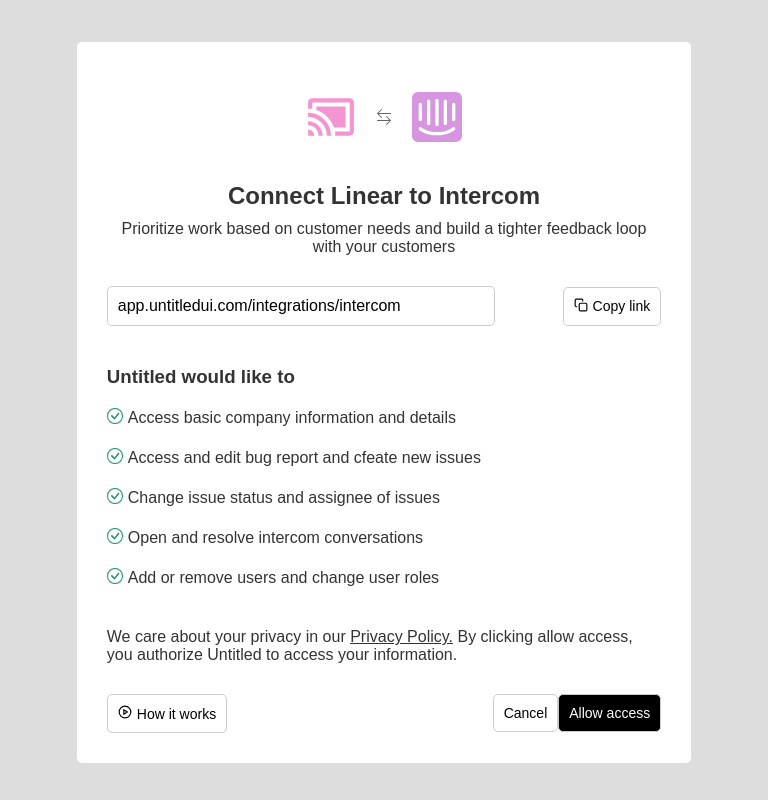
Repository: ble-syn/reactModal
Page: /, after clicking the first element matching `button.btn`
An editor plug-in stored every save of this project. The page is shown before and after the next save, followed by the edit.
The browser window is 768 px wide. The pictures show the whole page.
The project was rebuilt for these pictures with package versions that can differ from the ones it lists, and the page was loaded fresh each time.

Above is the page before, as saved 2022-11-10 21:47:09.

### src/index.css
*{
  margin: 0;
  padding: 0;
  box-sizing: border-box;
}
body{
  font-family: 'Poppins', sans-serif;
  background: #ddd;
}
span{
  margin-right: 5px;
}
a{
  color: #333;
}

.App {
  display: flex;
  flex-direction: column;
  justify-content: center;
  align-items: center;
  position: relative;
}
.btn{
  cursor: pointer;
  padding: 10px;
  background: none;
  border: 1px solid #ccc;
  font-size: 16px;
  border-radius: 5px;
  font-size: 14px;
}

.btn-div {
  width: 20%;
  margin: 25% auto 0;
  text-align: center;
}

.modal{
  position: absolute;
  top: 10%;
  background-color: #fff;
  border-radius: 5px;
  z-index: 1;
  color: #333;
  width: 46%;

}
.modal-content {
  padding: 20px 30px;
  font-size: 16px;
}
.center{
  text-align: center;
}
.content {
  padding: 10px 0;
}
.content p {
  margin: 20px 0;
  color: #333;
}
.icon-cont {
  display: flex;
  justify-content: center;
  align-items: center;

}
.icon{
  font-size: 50px;
  color: #f494d1;
  margin-bottom: 10px;
  margin: 20px;
}
.purple{
  color: #d695df;
}
.grey{
  color: #666;
}
.green{
  color: #178e6c;
}

.copy-cont{
  display: flex;
  justify-content: space-between;
  align-items: center;
  margin: 20px 0;
}
.link-copy{
 width: 70%;
 padding: 10px;
 border-radius: 5px;
 border: 1px solid #ccc;
 font-size: 16px;
}
.cen-item{
  display: flex;
  align-items: center;
}
.btm-btn{
  display: flex;
  justify-content: space-between;
  flex-wrap: wrap;
  margin-top: 10px;
}
.alw-acs{
  color: #fff;
  background-color:#000;
  margin-left: 10px;
}
.copy-msg{
  color: #178e6c;
}
@media(max-width: 800px){
  .modal{
    width: 80%;
  }
  .btn-div {
    margin: 50% auto 0;
    width: 50%;
  }
  /* .btn{
    width: 100%;
  } */
    .alw-acs{
    margin-left: 0;
  }

}

### src/App.js
import { useState} from "react";
import Modal from "./components/Modal";

function App() {
  const [showModal, setShowModal] = useState(false);

  const openModal = () => {
    setShowModal(prev => !prev);
  };

  return (
    <div className="App">
      <div className="btn-div">
        <button className="btn alw-acs" onClick={openModal}>Click to see Popup</button>
      </div>
      {showModal ? <Modal openModal={openModal} /> : null}
    </div>
  );
}

export default App;

### src/components/Modal.jsx
import React from "react";
import{ BsArrowLeftRight, BsCheckCircle }from "react-icons/bs";
import { SiIntercom } from "react-icons/si";
import { MdCastConnected } from "react-icons/md";
import {FiCopy, FiPlayCircle} from "react-icons/fi";

function Modal({openModal, showModal}) {
  const [copy , setCopy] = React.useState(false);

  const copyToClipboard = (e) => {
    navigator.clipboard.writeText("app.untitledui.com/integrations/intercom");
    setCopy(true);
    console.log(e.target.value);
    setTimeout(() => {
      setCopy(false);
    }, 3000);
  }
  return (
    <div className="modal">
      {!showModal && (
        <div className="modal-content">
          <div className="icon-cont content">
            <MdCastConnected className="icon" />
            <BsArrowLeftRight className="grey" />
            <SiIntercom className="icon purple" />
          </div>

          <h2 className="content center">Connect Linear to Intercom</h2>
          <p className="center">
            Prioritize work based on customer needs and build a tighter feedback
            loop with your customers
          </p>
          <div className="copy-cont content">
            <input className="link-copy" value="app.untitledui.com/integrations/intercom"  />
            <button onClick={copyToClipboard} className="btn cen-item"> <span><FiCopy /></span> Copy link</button>
          </div>

          <div className="content">
            <h3>Untitled would like to</h3>
            <p className="cen-item"> <span><BsCheckCircle className="green" /></span> Access basic company information and details</p>
            <p className="cen-item"> <span><BsCheckCircle className="green" /></span> Access and edit bug report and cfeate new issues</p>
            <p className="cen-item"> <span><BsCheckCircle className="green" /></span> Change issue status and assignee of issues</p>
            <p className="cen-item"> <span><BsCheckCircle className="green" /></span> Open and resolve intercom conversations</p>
            <p className="cen-item"> <span><BsCheckCircle className="green" /></span> Add or remove users and change user roles</p>
          </div>
          <p className="content">
            We care about your privacy in our{" "}
            <a href="www.com">Privacy Policy.</a> By clicking allow access, you
            authorize Untitled to access your information.
          </p>
          <div className="content btm-btn">
            <button className="btn cen-item"><span><FiPlayCircle /></span>How it works</button>
            <div>
              <button className="btn" onClick={openModal}>Cancel</button>

              <button className="alw-acs btn">Allow access</button>
            </div>
          </div>
        </div>
      )}
    </div>
  );
}

export default Modal;

Loaded but not shown: public/index.html (common file); src/index.js (common file); src/reportWebVitals.js (common file)

After the next save:
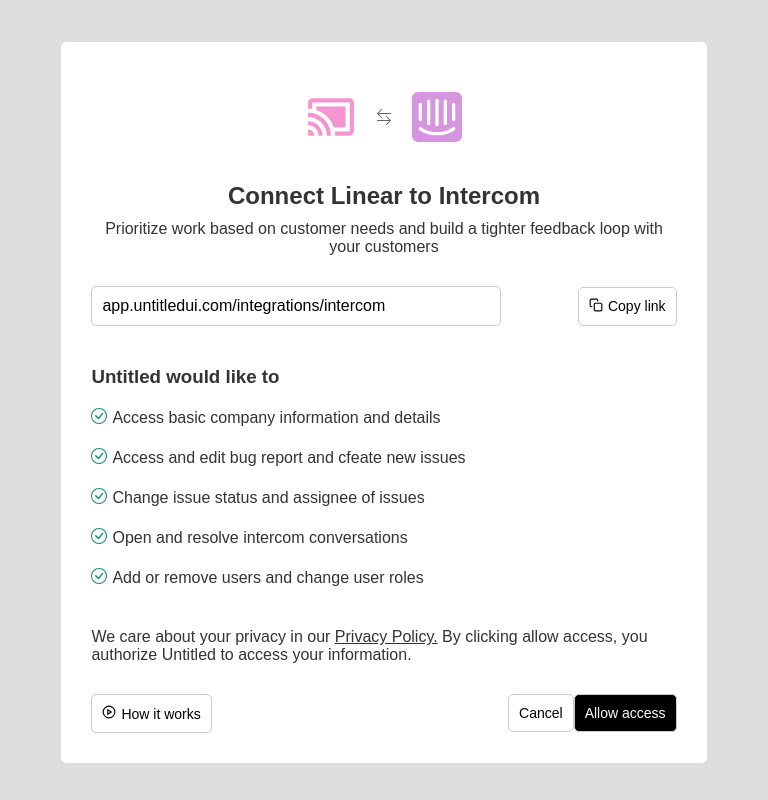
Saved 23 s later.
--- a/src/index.css
+++ b/src/index.css
@@ -116,7 +116,7 @@
 }
 @media(max-width: 800px){
   .modal{
-    width: 80%;
+    width: 84%;
   }
   .btn-div {
     margin: 50% auto 0;
